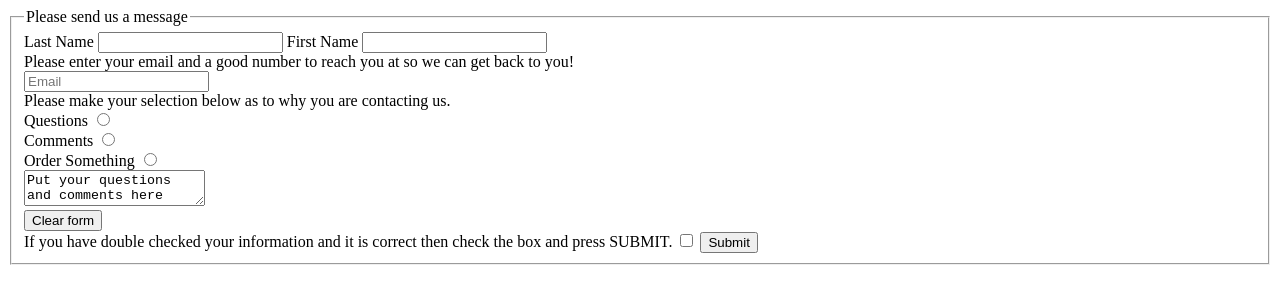
Repository: nsisk1/web-page-project
Page: contact-us.html
These files come from the project's save history. The page is drawn as it stood at one moment and after a run of saves; the edit follows.
The browser window is 1280 px wide. The pictures show the whole page.

Above is the page before, as saved 2024-07-14 10:14:20.

After the next 3 saves:
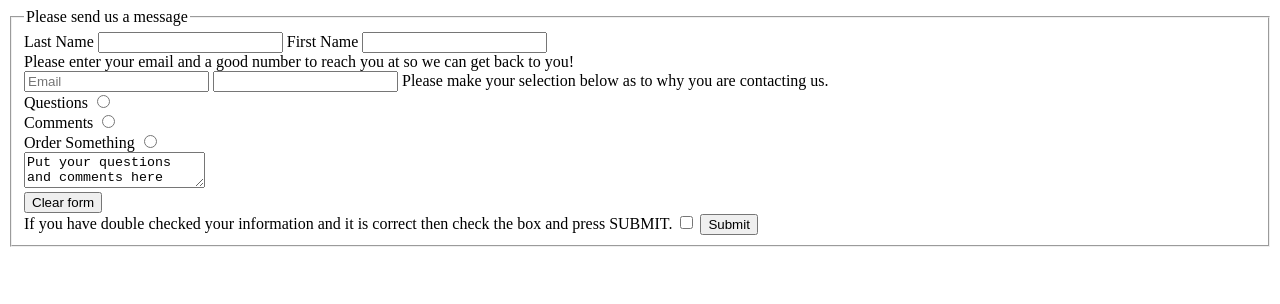
The 3 saves are shown as one change because they came seconds apart.
The last was saved 16 s later.
--- a/contact-us.html
+++ b/contact-us.html
@@ -19,6 +19,7 @@
                 Please enter your email and a good number to reach you at so we can get back to you!
                 <br>
                 <input type="text" name="email" placeholder="Email" required>
+                <input type="text"
                 <br>
                 Please make your selection below as to why you are contacting us.
                 <br>
